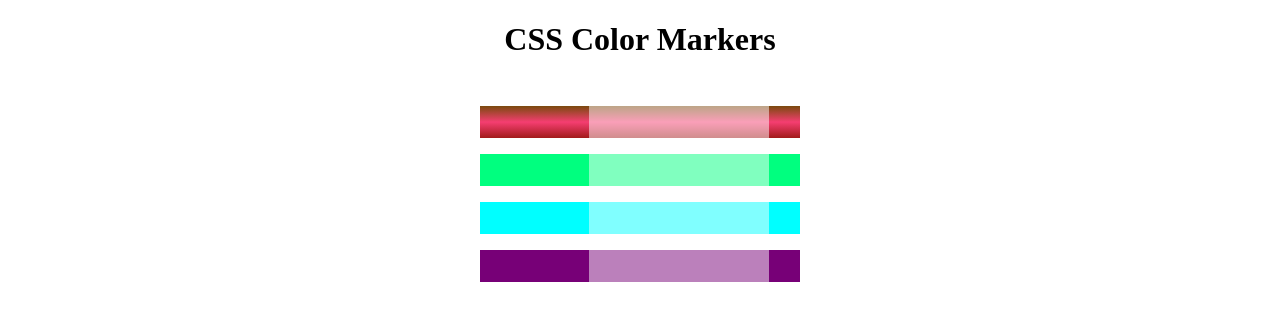
Repository: Lungdjos/color_markers
Page: index.html
These files come from the project's save history. The page is drawn as it stood at one moment and after a run of saves; the edit follows.
The browser window is 1280 px wide. The pictures show the whole page.

Above is the page before, as saved 2023-09-18 18:49:24.

After the next 2 saves:
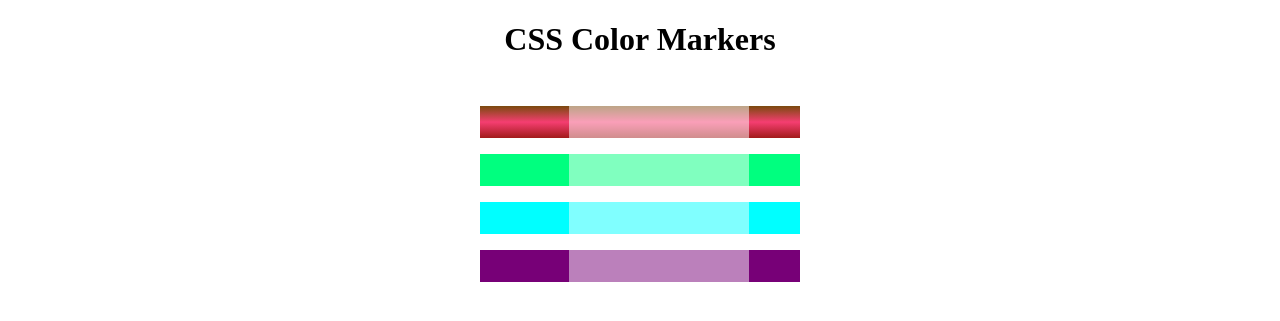
The 2 saves are shown as one change because they came seconds apart.
The last was saved 17 s later.
--- a/styles.css
+++ b/styles.css
@@ -42,7 +42,7 @@ h1 {
 }
 
 .cap {
-    width: 105px;
+    width: 85px;
     height: 32px;
 }
 
